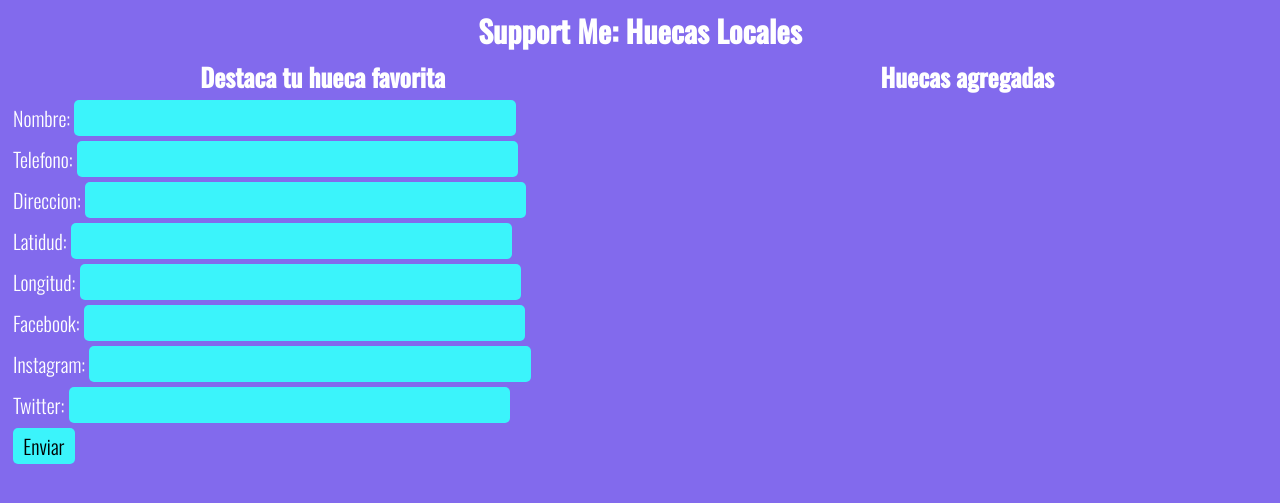
Repository: renzopachecoj/huecas-website
Page: index.html
An editor plug-in stored every save of this project. The page is shown before and after the next save, followed by the edit.
The browser window is 1280 px wide. The pictures show the whole page.

Above is the page before, as saved 2020-08-01 19:06:24.

### index.html
<!DOCTYPE html>
<html>
<head>
    <title>Huecas</title>
    <link rel="stylesheet" href="styles.css">
</head>
<body>
    <h1>Support Me: Huecas Locales</h1>
    <div id="content">
    <div class="col">
        <h2>Destaca tu hueca favorita</h2>
        <form action="conexion.php" method="post">
            Nombre: <input type="text" name="nombre"><br>
            Telefono: <input type="tel" name="telefono"><br>
            Direccion: <input type="text" name="direccion"><br>
            Latidud: <input type="text" name="latitud"><br>
            Longitud: <input type="text" name="longitud"><br>
            Facebook: <input type="text" name="facebook"><br>
            Instagram: <input type="text" name="instagram"><br>
            Twitter: <input type="text" name="twitter"><br>
            <input type="submit" value="Enviar">
        </form>
    </div>
    <div class="col">
        <h2>Huecas agregadas</h2>
    </div>
</div>
</body>
</html>

### styles.css
@import url('https://fonts.googleapis.com/css2?family=Oswald:wght@300;500&display=swap');

* {
    font-family: 'Oswald', sans-serif;
    font-weight: lighter;
    font-size: 20px;
    color: #fff;
}
body{
    background-color: #826AED;
}
h1{
    font-size: 30px;
    font-weight: bold;
    width: 100%;
    text-align: center;
    margin: 5px 0px 5px 0px;
}
h2{
    font-size: 25px;
    font-weight: bold;
    width: 100%;
    text-align: center;
    margin: 0px 0px 5px 0px;
}
.col{
    display: flex;
    flex-direction: column;
    width: 49%;
}
#content{
    display: flex;
    flex-direction: row;
    float: left;
    column-gap: 2%;
    width: 100%;
    margin: 0px 5px 5px 5px;
}
input{
    width: 70%;
    border-radius: 5px;
    border-color: transparent;
    background-color: #3BF4FB;
    margin-bottom: 5px;
    color: black
}
input[value="Enviar"]{
    width: 10%;
    color: black;
}

After the next save:
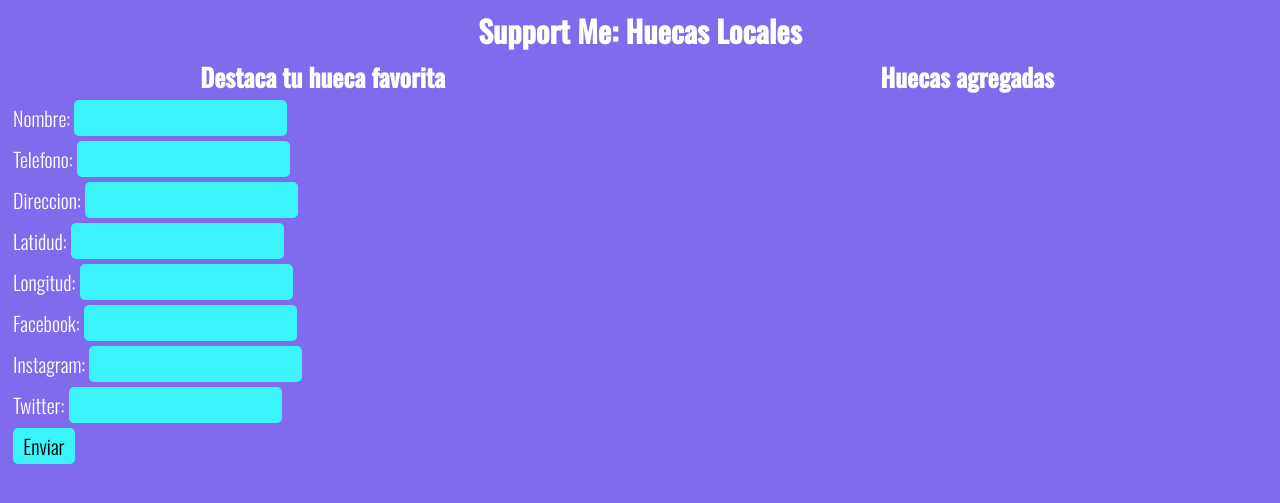
Saved 20 s later.
--- a/styles.css
+++ b/styles.css
@@ -37,7 +37,7 @@ h2{
     margin: 0px 5px 5px 5px;
 }
 input{
-    width: 70%;
+    width: auto;
     border-radius: 5px;
     border-color: transparent;
     background-color: #3BF4FB;
